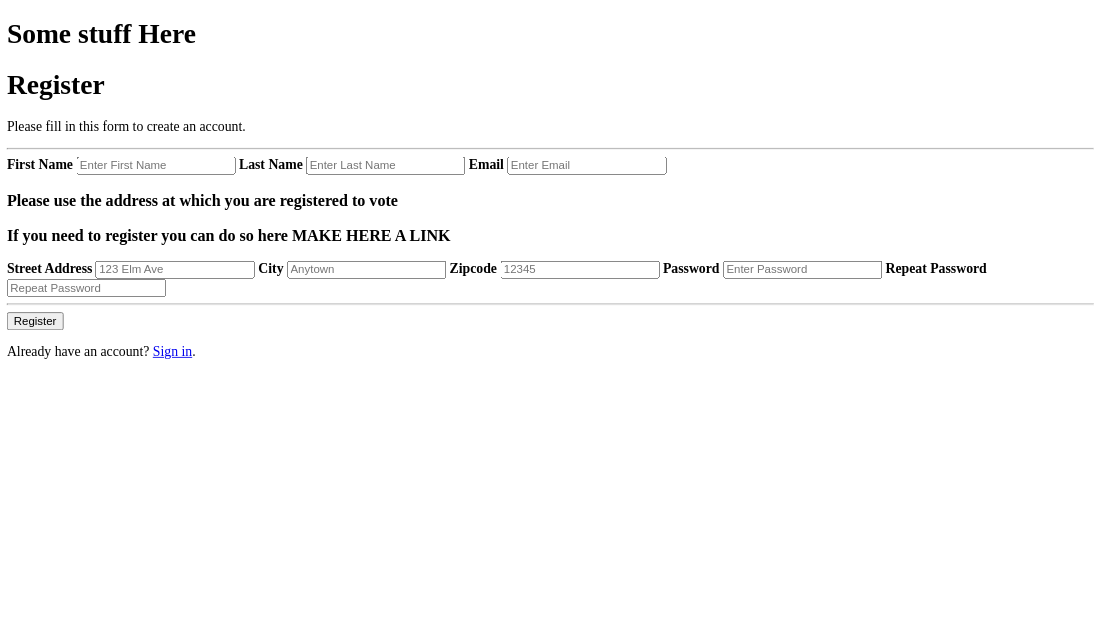
Repository: Lucy134/Alder-Project
Page: http://localhost/alder/WEB-INF/pages/register.jsp
These files come from the project's save history. The page is drawn as it stood at one moment and after the next save; the edit follows.
The browser window is 1280 px wide. The page is 1280 px wide, then 1286 px, so the pictures cover 1286 px, including what lies to the right of the window. The pictures show the whole page, at 86% of full size.
The page is served by Tomcat 9. Nobody is signed in. Other server files are loaded and not shown. The template is opened directly, without the code that normally fills it, so the values that code supplies are empty.

Above is the page before, as saved 2020-09-01 17:06:21.

### AlderScraper/AlderBackend/alder/src/main/webapp/WEB-INF/pages/register.jsp
<%@ page language="java" contentType="text/html; charset=ISO-8859-1"
	pageEncoding="ISO-8859-1"%>
<!DOCTYPE html>
<html>
<head>
<meta charset="ISO-8859-1">
<title>Register</title>
</head>
<body>
	<h1>Some stuff Here</h1>
	<form action="register" method="POST">
		<div class="container">
			<h1>Register</h1>
			<p>Please fill in this form to create an account.</p>
			<hr>
			<label for="fName"><b> First Name</b></label> <input type="text"
				placeholder="Enter First Name" name="fName" id="fName" required>

			<label for="lName"><b> Last Name</b></label> <input type="text"
				placeholder="Enter Last Name" name="lName" id="lName" required>

			<label for="email"><b>Email</b></label> <input type="text"
				placeholder="Enter Email" name="email" id="email" required>
			<h3>Please use the address at which you are registered to vote</h3>
			<h3> If you need to register you can do so here MAKE HERE A LINK</h3>
			<label for="street"><b>Street Address</b></label> <input type="text"
				placeholder="123 Elm Ave" name="street" id="street" required>

			<label for="city"><b>City</b></label> <input type="text"
				placeholder="Anytown" name="city" id="city" required>

			<label for="zipcode"><b>Zipcode</b></label> <input type="text"
				placeholder="12345" name="zipcode" id="zipcode" required>



			<label for="psw"><b>Password</b></label> <input type="password"
				placeholder="Enter Password" name="psw" id="psw" required> <label
				for="psw-repeat"><b>Repeat Password</b></label> <input
				type="password" placeholder="Repeat Password" name="psw-repeat"
				id="psw-repeat" required>
			<hr>



			<button type="submit" class="registerbtn">Register</button>
		</div>

		<div class="container signin">
			<p>
				Already have an account? <a href="login">Sign in</a>.
			</p>
		</div>
	</form>
</body>
</html>

### AlderScraper/AlderBackend/alder/src/main/webapp/WEB-INF/register.css
@charset "ISO-8859-1";
 {box-sizing: border-box}

/* Full-width input fields */
  input[type=text], input[type=password] {
  width: 100%;
  padding: 15px;
  margin: 5px 0 22px 0;
  display: inline-block;
  border: none;
  background: #f1f1f1;
}

input[type=text]:focus, input[type=password]:focus {
  background-color: #ddd;
  outline: none;
}

hr {
  border: 1px solid #f1f1f1;
  margin-bottom: 25px;
}

/* Set a style for all buttons */
button {
  background-color: #4CAF50;
  color: white;
  padding: 14px 20px;
  margin: 8px 0;
  border: none;
  cursor: pointer;
  width: 100%;
  opacity: 0.9;
}

button:hover {
  opacity:1;
}

/* Extra styles for the cancel button */
.cancelbtn {
  padding: 14px 20px;
  background-color: #f44336;
}

/* Float cancel and signup buttons and add an equal width */
.cancelbtn, .signupbtn {
  float: left;
  width: 50%;
}

/* Add padding to container elements */
.container {
  padding: 16px;
}

/* Clear floats */
.clearfix::after {
  content: "";
  clear: both;
  display: table;
}

/* Change styles for cancel button and signup button on extra small screens */
@media screen and (max-width: 300px) {
  .cancelbtn, .signupbtn {
    width: 100%;
  }
}

After the next save:
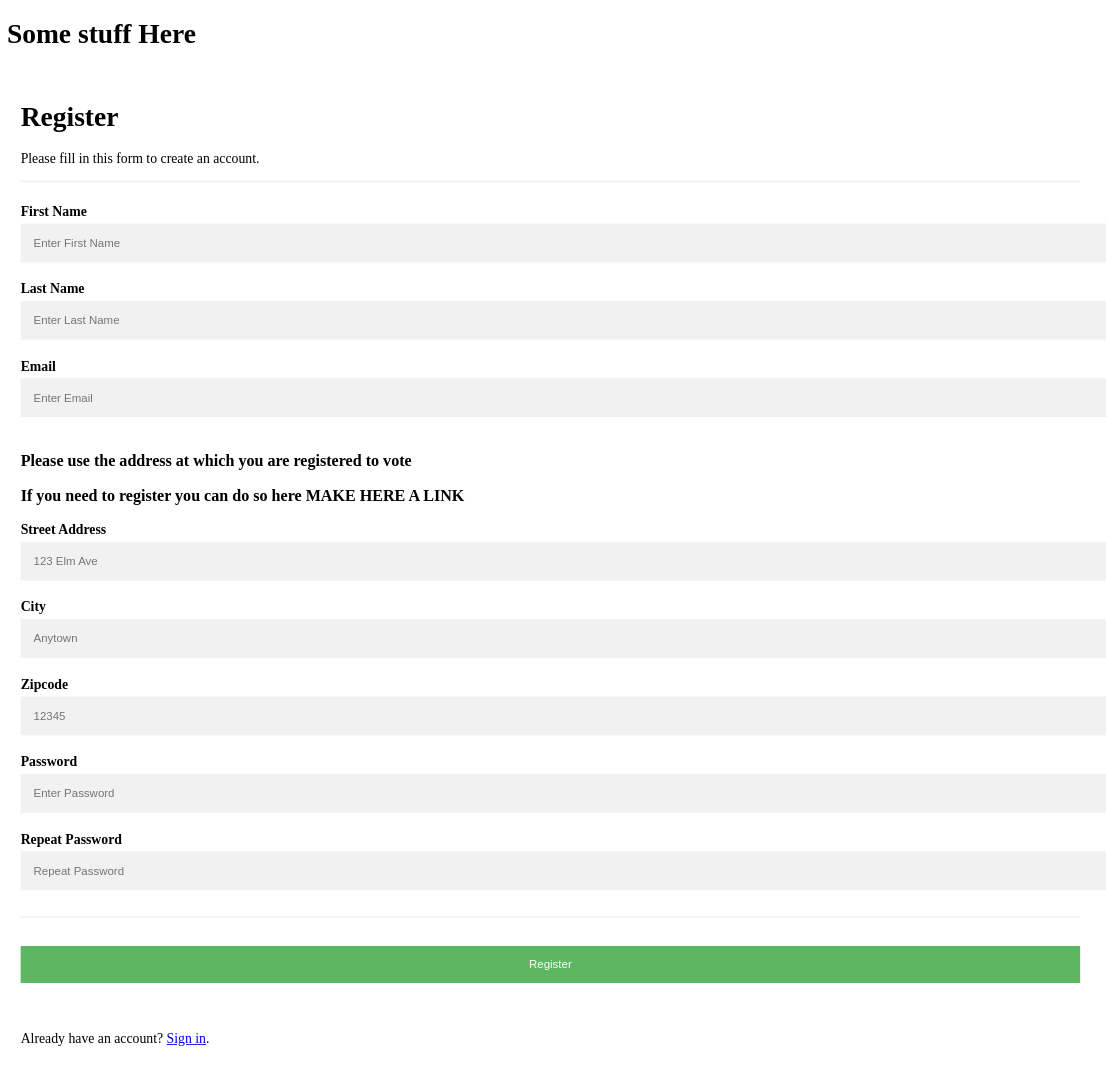
Saved 2 min 17 s later.
--- a/AlderScraper/AlderBackend/alder/src/main/webapp/WEB-INF/pages/register.jsp
+++ b/AlderScraper/AlderBackend/alder/src/main/webapp/WEB-INF/pages/register.jsp
@@ -5,6 +5,7 @@
 <head>
 <meta charset="ISO-8859-1">
 <title>Register</title>
+<link href="/alder/src/main/webapp/WEB-INF/register.css" rel="stylesheet" type="text/css">
 </head>
 <body>
 	<h1>Some stuff Here</h1>
